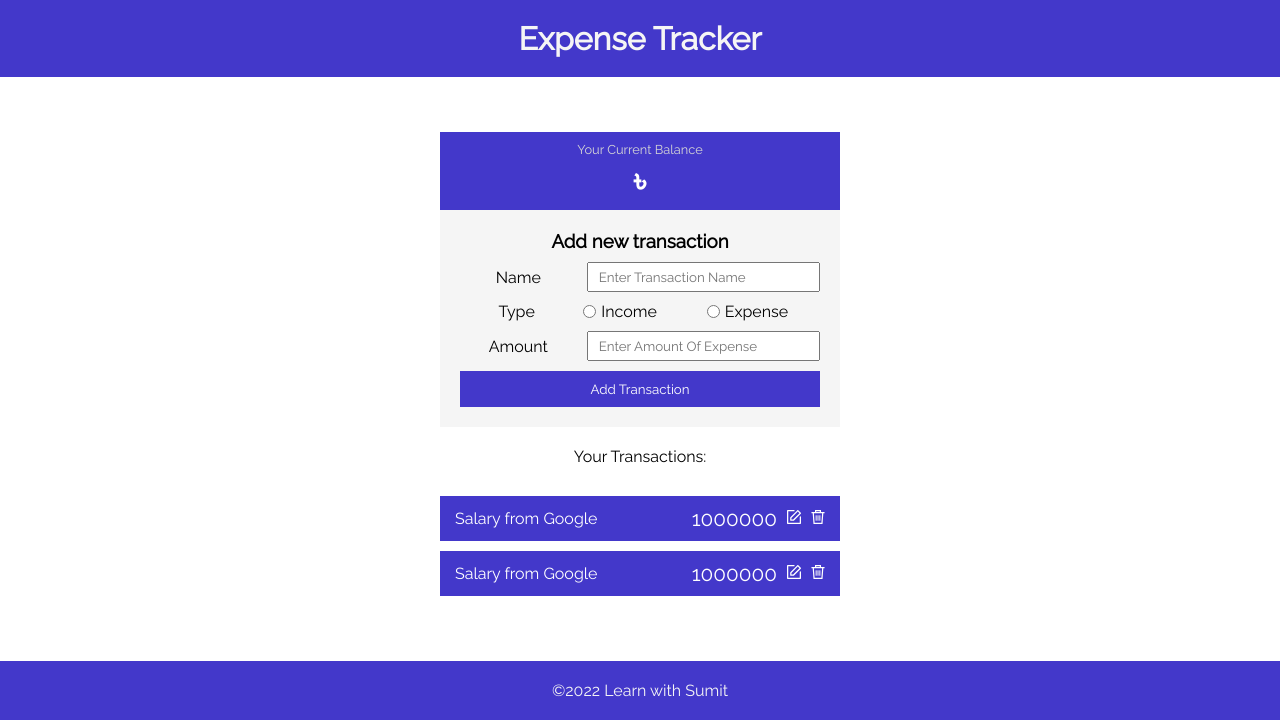
Repository: Tanvir3744/redux-expense-tracker
Page: /
An editor plug-in stored every save of this project. The page is shown before and after the next save, followed by the edit.
The browser window is 1280 px wide. The pictures show the whole page.
The project was rebuilt for these pictures with package versions that can differ from the ones it lists, and the page was loaded fresh each time. Requests to the local data server were answered from the project's data file.

Above is the page before, as saved 2022-11-15 01:44:14.

### public/index.html
<!DOCTYPE html>
<html lang="en">
  <head>
    <meta charset="utf-8" />
    <link rel="icon" href="%PUBLIC_URL%/images/favicon.png" />
    <meta name="viewport" content="width=device-width, initial-scale=1" />
    <meta name="theme-color" content="#000000" />
    <meta
      name="description"
      content="Web site created using create-react-app"
    />
    <link rel="apple-touch-icon" href="%PUBLIC_URL%/logo192.png" />
    <!--
      manifest.json provides metadata used when your web app is installed on a
      user's mobile device or desktop. See https://developers.google.com/web/fundamentals/web-app-manifest/
    -->
    <link rel="manifest" href="%PUBLIC_URL%/manifest.json" />
    <link rel="stylesheet" href="%PUBLIC_URL%/css/style.css">

    <title>Monthly Expense Tracker</title>
  </head>
  <body>
    <noscript></noscript>
    <div id="root"></div>

  </body>
</html>

### src/app/store.js
import { configureStore, getDefaultMiddleware } from '@reduxjs/toolkit';
import transactionReducer from '../features/moneyTransApi/transSlice'

export const store = configureStore({
  reducer: {
    counter: transactionReducer,
  },
});

### src/App.js
import React from 'react';
import './App.css';
import Balance from './components/Balance';
import Form from './components/Form';
import Transations from './components/Transations';

function App() {
  return (
    <div className="App">
      <div className="header">
        <h1>Expense Tracker</h1>
      </div>
      <div className="main">
        <div className="container">
          <Balance />
          <Form />
          <Transations />
        </div>
      </div>
      {/* footer component */}
      <div className="footer">&copy;2022 Learn with Sumit</div>
    </div>
  );
}

export default App;

### src/features/moneyTransApi/transSlice.js
import { createAsyncThunk, createSlice } from "@reduxjs/toolkit"
import { getTransactions, addTransactions, updateTransactions, deleteTransactions } from './transApi'
// initializing the state
const initialState = {
    transactions: [],
    isLoading: false,
    isError: false,
    error: '',
    editing: {}
}

// async thunk for get request
export const fetchTransactions = createAsyncThunk('transaction/fetchTransaction', async () => {
    const transactions = await getTransactions()
    return transactions;
})

// async thunk for post data to server
export const createTransaction = createAsyncThunk('transaction/createTransaction', async (data) => {
    const transaction = await addTransactions(data);
    return transaction;
})

// async thunk for update data to server
export const updatingTransaction = createAsyncThunk('transaction/updateTransaction', async ({ id, data }) => {
    const editTransaction = await updateTransactions(id, data )  // here we always whould pass plain data not object
    return editTransaction;
})

// async thunk for deleting data from the server
export const deleteTransaction = createAsyncThunk('transaction/deleteTransaction', async (id) => {
    const delTransaction = await deleteTransactions(id);
    return delTransaction;
})

const transactionSlice = createSlice({
    name: 'transaction',
    initialState,
    reducers: {
        editActive: (state, action) => {
            state.editing = action.payload;
        },
        editInActive: (state, action) => {
            state.editing = {}
        }
    },
    extraReducers: (builder) => {
        builder
            .addCase(fetchTransactions.pending, (state, action) => {
                state.isLoading = false;
                state.isError = false;
            })
            .addCase(fetchTransactions.fulfilled, (state, action) => {
                state.isLoading = false;
                state.isError = false;
                state.error = '';
                state.transactions = action.payload;
            })
            .addCase(fetchTransactions.rejected, (state, action) => {
                state.isLoading = false;
                state.error = action.error?.message;
                state.isError = true;
                state.transactions = [];
            })
            .addCase(createTransaction.pending, (state, action) => {
                state.isLoading = false;
                state.isError = false;
            })
            .addCase(createTransaction.fulfilled, (state, action) => {
                state.isLoading = false;
                state.isError = false;
                state.error = '';
                state.transactions.push(action.payload);
            })
            .addCase(createTransaction.rejected, (state, action) => {
                state.isLoading = false;
                state.error = action.error?.message;
                state.isError = true;
            })
            .addCase(updatingTransaction.pending, (state, action) => {
                state.isLoading = false;
                state.isError = false;
            })
            .addCase(updatingTransaction.fulfilled, (state, action) => {
                state.isLoading = false;
                state.isError = false;
                state.error = '';
                const indexToUpdate = state.transactions.findIndex(transaction => transaction.id === action.payload.id)
                state.transactions[indexToUpdate] = action.payload;
            })
            .addCase(updatingTransaction.rejected, (state, action) => {
                state.isLoading = false;
                state.error = action.error?.message;
                state.isError = true;
            })
            .addCase(deleteTransaction.pending, (state, action) => {
                state.isLoading = false;
                state.isError = false;
            })
            .addCase(deleteTransaction.fulfilled, (state, action) => {
                state.isLoading = false;
                state.isError = false;
                state.error = '';
                state.transactions = state.transactions.filter(transaction => transaction.id !== action.meta.arg)
            })
            .addCase(deleteTransaction.rejected, (state, action) => {
                state.isLoading = false;
                state.error = action.error?.message;
                state.isError = true;
            })
    }
})

export default transactionSlice.reducer;
export const { editActive, editInActive} = transactionSlice.actions;

### src/components/Balance.js
import React from 'react'
import { useSelector } from 'react-redux'

export default function Balance() {
    const {transactions} = useSelector(state => state.counter)
    //calculating the balnce
    const calBalance = () => {
        let income = 0;
        transactions.forEach(transaction => {
            if (transactions.type === 'income') {
                income += transaction.amount;
            } else {
                income -= transaction.amount;
            }
        });
        return income;
    }
    return (
        <div className="top_card">
            <p>Your Current Balance</p>
            <h3>
                <span>৳</span>
                <span>{calBalance}</span>
            </h3>
        </div>
    )
}

### src/components/Form.js
import React, { useEffect, useState } from 'react'
import { useDispatch, useSelector } from 'react-redux'
import { createTransaction, updatingTransaction } from '../features/moneyTransApi/transSlice'

export default function Form() {
    const [name, setName] = useState('')
    const [type, setType] = useState('')
    const [amount, setAmount] = useState('')
    const [edit, setEdit] = useState(false)


    const dispatch = useDispatch()
    const { isLoading, isError, error } = useSelector(state => state?.counter)

    const { editing } = useSelector(state => state?.counter) || {};
    //whenever we want to re-render somthing to our ui (update) we have to use useEffect for updating these things\
    /* useEffect(() => {
        const { id, name, amount, type } = editing || {};
        if (id) {
            setEdit(true)
            setName(name)
            setType(type)
            setAmount(amount)
        } else {
            setEdit(false)
            handleResetForm();
        }
    }, [editing, name, amount, type]) */
    useEffect(() => {
        const { id, name, amount, type } = editing || {};
        if (id) {
          setEdit(true);
          setName(name);
          setType(type);
          setAmount(amount);
        } else {
          setEdit(false);
          handleResetForm();
        }
      }, [editing]);

    const handleResetForm = () => {
        //making empty our input fields
        setName('')
        setType('')
        setAmount('')
    }

    const handleCreate = (e) => {
        e.preventDefault();
        dispatch(createTransaction({
            name: name,
            type: type,
            amount: Number(amount)
        }))
        handleResetForm();
    }

    const cancelEditMode = () => {
        setEdit(false)
        handleResetForm()
    }

    const handleUpdate = (e) => {
        e.preventDefault();
        dispatch(updatingTransaction({
            id: editing?.id,
            data: {
                name: name,
                amount: Number(amount),
                type: type,
            }
        }))
        handleResetForm();
    }

    return (
        <div className="form">
            <h3>Add new transaction</h3>

            <form onSubmit={edit ? handleUpdate : handleCreate}>

                <div className="form-group">
                    <label>Name</label>
                    <input
                        id='name'
                        type="text"
                        name="name"
                        placeholder="Enter Transaction Name"
                        value={name}
                        onChange={e => setName(e.target.value)}
                        required
                        className="px-2 py-1 border border-blue-300 focus:outline-none"
                    />
                </div>

                <div className="form-group radio">
                    <label>Type</label>
                    <div className="radio_group">
                        <input
                            type="radio"
                            value="income"
                            name="type"
                            checked={type === 'income'}
                            onChange={(e) => setType('income')}
                            required
                        />
                        <label>Income</label>
                    </div>
                    <div className="radio_group">
                        <input
                            type="radio"
                            value="expense"
                            name="type"
                            placeholder="Expense"
                            checked={type === 'expense'}
                            onChange={e => setType('expense')}
                            required
                        />
                        <label>Expense</label>
                    </div>
                </div>

                <div className="form-group">
                    <label>Amount</label>
                    <input
                        type="number"
                        placeholder="Enter Amount Of Expense"
                        name="amount"
                        value={amount}
                        onChange={e => setAmount(e.target.value)}
                        required
                    />
                </div>
                {
                    !isLoading && isError && (<small className='erorr'>There was an error occured{error}</small>)
                }
                <button disabled={isLoading} type="submit" className="btn">{edit ? "Update Transaction" : "Add Transaction"}</button>
            </form>


            {
                edit && <button className="btn cancel_edit" onClick={cancelEditMode}>Cancel Edit</button>
            }
        </div>
    )
}

### src/components/Transations.js
import React, { useEffect } from 'react'
import { useDispatch, useSelector } from 'react-redux'
import { fetchTransactions } from '../features/moneyTransApi/transSlice'
import AloneTransaction from './AloneTransaction'
export default function Transations() {
    const { isLoading, isError, error, transactions } = useSelector(state => state.counter)

    const dispatch = useDispatch()
    useEffect(() => {
        dispatch(fetchTransactions())
    },[dispatch])

    // decide what to render
    let content;
    if (isLoading && !isError) {
        content = '...loading...';
    }

    if (!isLoading && isError) {
        content = <small className='error'>{error?.message}</small>
    }

    if (!isLoading && !isError && transactions.length === 0) {
        content = <small className="error">No transactions found in queue</small>
    }

    return (
        <>
            <p className="second_heading">Your Transactions:</p>
            <div className="conatiner_of_list_of_transactions">
                <ul>
                    { !isLoading && !isError &&
                        transactions.map(transaction => <AloneTransaction key={transaction.id} transaction={transaction}  /> )
                    }
                </ul>
            </div>
        </>
    )
}

### src/features/moneyTransApi/transApi.js
import axios from '../../utils/axios'

//write get request to get transactions from server with axios
export const getTransactions = async () => {
    const response = await axios.get('/transactions');
    return response.data;
}

/*
post request to server {note: wehenever we need to post some data to server we should pass an object along the url.
But, here we are passing the whole object through a parameter to avoid the syntactical complexity.}
*/
export const addTransactions = async(data) => {
    const response = await axios.post('/transactions', data);
    return response.data;
}


/* update request with axios to make update feature in our application */
export const updateTransactions =async (id, data) => {
    const response = await axios.put(`/transactions/${ id }`, data);
    return response.data;
}

/* delete request with axios */
export const deleteTransactions = async (id) => {
    const response = await axios.delete(`/transactions/${ id }`);
    return response.data;
}

### src/components/AloneTransaction.js
import React from 'react';
import EditImage from '../Assests/images/edit.svg';
import DeleteImage from '../Assests/images/delete.svg'
import { deleteTransaction, editActive } from '../features/moneyTransApi/transSlice';
import { useDispatch } from 'react-redux';
const AloneTransaction = (props) => {
    const {id, name, type, amount} = props.transaction;
    const dispatch = useDispatch()
    const handleEdit = () => {
        dispatch(editActive(props.transaction))
    }

    //handling delete transactions
    const handleDelete = async () => {
        await dispatch(deleteTransaction(id))
        console.log(id)
    }
    return (
        <li className={`transaction ${type}`}>
            <p>{name}</p>
            <div className="right">
                <p>{amount}</p>
                <button onClick={handleEdit} className="link">
                    <img
                        alt='editImage'
                        className="icon"
                        src={EditImage}
                    />
                </button>
                <button className="link" onClick={handleDelete}>
                    <img
                        alt='deleteImage'
                        className="icon"
                        src={DeleteImage}
                    />
                </button>
            </div>
        </li>
    );
};

export default AloneTransaction;

### src/utils/axios.js
import axios from 'axios'
const axiosInstance = axios.create({
    baseURL : 'http://localhost:9000/'
})

export default axiosInstance;

### public/css/style.css
@import url("https://fonts.googleapis.com/css2?family=Raleway&display=swap");

* {
    margin: 0;
    padding: 0;
    box-sizing: border-box;
    font-family: "Raleway", sans-serif;
}

.App {
    display: flex;
    flex-direction: column;
    min-height: 100vh;
}

.header,
.footer {
    padding: 20px;
    text-align: center;
    background-color: #4338ca;
    color: whitesmoke;
}

.main {
    flex-grow: 1;
    display: flex;
}

.container {
    width: 90%;
    max-width: 1024px;
    margin: 20px auto;
    display: flex;
    flex-direction: column;
    justify-content: center;
    align-items: center;
    align-self: center;
}

.top_card {
    background-color: #4338ca;
    color: white;
    padding: 10px 20px;
    min-width: 400px;
}

.top_card p {
    color: #d6d6d6;
    margin-bottom: 5px;
    font-size: 0.8rem;
}

.top_card h3 {
    font-size: 2rem;
}

.form {
    background-color: #f5f5f5;
    padding: 20px;
    width: 400px;
}

.form-group {
    display: grid;
    grid-template-columns: 1fr 2fr;
    gap: 10px;
    margin-top: 10px;
    margin-bottom: 10px;
}

.radio {
    grid-template-columns: 1fr 1fr 1fr;
}

input {
    padding: 5px 10px;
}

.btn {
    width: 100%;
    border: none;
    outline: none;
    cursor: pointer;
    padding: 10px;
    background-color: #4338ca;
    color: white;
    transition: background-color 0.3s ease;
}

.btn:hover {
    background-color: #094d3d;
}

ul {
    list-style: none;
    width: 400px;
}

label {
    display: block;
    align-self: center;
}

.radio_group {
    display: flex;
    align-items: center;
    gap: 5px;
}

.transaction {
    margin: 10px 0;
    color: white;
    padding: 10px 15px;
    display: flex;
    justify-content: space-between;
    align-items: center;
}

.error{
    color: #9e1028;
    font-family:monospace;
}

.income {
    background-color: #4338ca;
}

.expense {
    background-color: #9e1028;
}

.expense {
    background-color: #e6425e;
}

.transaction .right {
    display: flex;
    justify-content: space-between;
    align-items: center;
    gap: 10px;
}

.link {
    background: none;
    color: white;
    cursor: pointer;
    outline: none;
    border: none;
    transition: color 0.3s ease;
}

.link:hover {
    color: #d1f3ff;
}

.icon {
    width: 14px;
    height: 14px;
}

.right {
    display: inline-flex;
    gap: 10;
}

.right p {
    font-size: 1.3rem;
}

.red {
    background-color: #e6425e !important;
}

.cancel_edit {
    margin-top: 10px;
    background-color: #e6425e !important;
}

.cancel_edit:hover {
    background-color: #9e1028 !important;
}

.second_heading {
    margin: 20px 0;
    text-align: left;
}

.conatiner_of_list_of_transactions ul {
    max-height: 500px;
    overflow-y: auto;
}

@media (max-width: 450px) {
    .top_card,
    .form {
        min-width: 90%;
        width: 90%;
    }

    .form-group {
        display: flex;
        flex-direction: column;
        justify-content: left;
        align-items: stretch;
    }

    label {
        align-self: flex-start;
        margin-bottom: 5px;
    }

    .conatiner_of_list_of_transactions {
        width: 90vw;
    }

    ul {
        width: 90vw;
        max-height: 100px;
        overflow-y: auto;
    }

    .transaction {
        width: 90%;
        margin: 10px auto;
    }

    * {
        font-size: 95% !important;
    }
}

### server/db_transactions.json
{
  "transactions": [
    {
      "id": 1,
      "name": "Salary from Google",
      "type": "income",
      "amount": 1000000
    },
    {
      "name": "Salary from Google",
      "type": "income",
      "amount": 1000000,
      "id": 2
    }
  ]
}

Loaded but not shown: src/index.js (common file); src/reportWebVitals.js (common file); src/index.css (common file); src/App.css (common file)

After the next save:
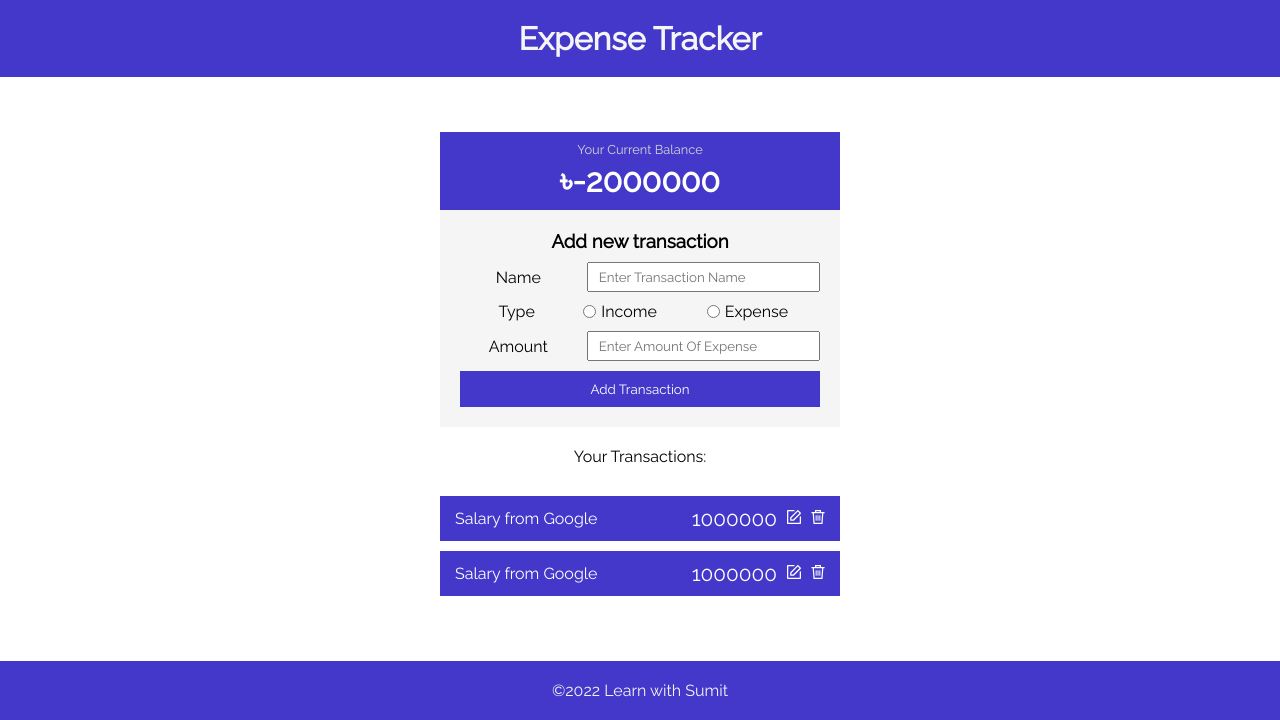
Saved 37 s later.
--- a/src/components/Balance.js
+++ b/src/components/Balance.js
@@ -20,7 +20,7 @@ export default function Balance() {
             <p>Your Current Balance</p>
             <h3>
                 <span>৳</span>
-                <span>{calBalance}</span>
+                <span>{calBalance()}</span>
             </h3>
         </div>
     )
